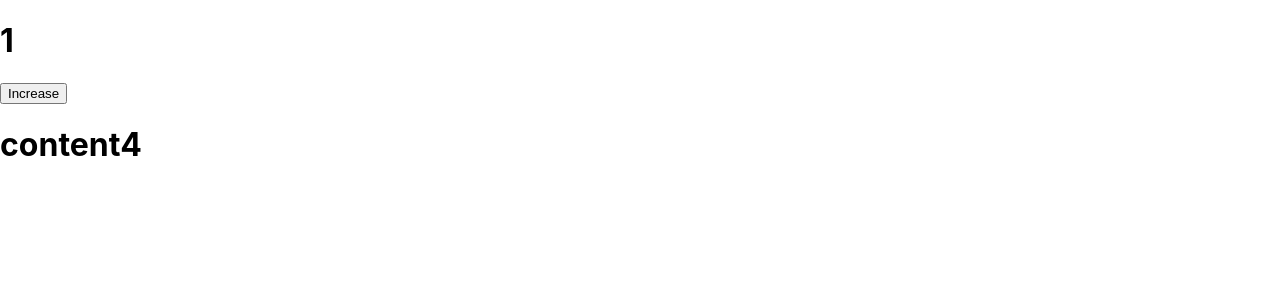
Repository: haidawngvn/hooks-bible
Page: /, after clicking the first element matching `button`
The author's editor kept a copy of each file at every save. The page is drawn from the files as they stood at one save, then again after a run of saves.
The browser window is 1280 px wide. The pictures show the whole page.
The project was rebuilt for these pictures with package versions that can differ from the ones it lists, and the page was loaded fresh each time. Also part of the build but not shown: src/Content3.js.

Above is the page before, as saved 2022-07-29 14:00:20.

After the next 3 saves:
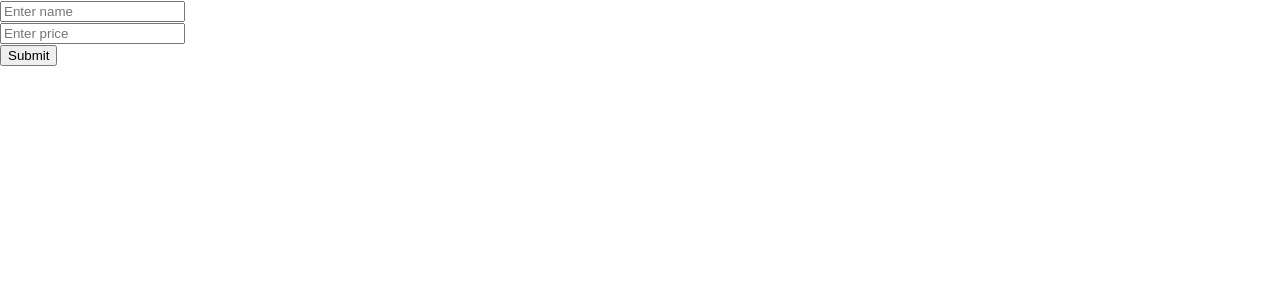
The 3 saves are shown as one change because 2 did not build or start.
The last was saved 11 min 41 s later.
--- a/src/App.js
+++ b/src/App.js
@@ -1,25 +1,34 @@
-import  { useEffect, useLayoutEffect, useState, useRef, memo } from 'react'
-import Content4 from './Content4'
-// memo() là 1 HOC (Higher Order Component) KHÔNG PHẢI HOOK
-// ghi nhớ lại các props của 1 component để quyết định xem có re-render component đó hay kh
-// ví dụ ở dưới, Content4 kh có prop nào ===> không bao h có thay đổi ===> không re-render khi component cha re-render
+import  {  useState, useMemo } from 'react'
 
 function App() {
 
-    const [counter, setCounter] = useState(0)
+    const [name, setName] = useState('')
+    const [price, setPrice] = useState('')
+    const [products, setProducts] = useState([])
 
-    const handleIncrease = () => {
+    const handleSubmit = () => {
 
-      setCounter(prevState => prevState +1)
     }
 
 
 
     return (
       <div className="App">
-        <h1> {counter}</h1>
-        <button onClick={handleIncrease}>Increase</button>
-        <Content4 />
+        <input
+            type="text"
+            value={name}
+            placeholder='Enter name'
+            onChange={e => setName(e.target.value)}
+        />
+        <br />
+        <input
+            type="text"
+            value={price}
+            placeholder='Enter price'
+            onChange={e => setPrice(e.target.value)}
+        />
+        <br />
+        <button onClick={handleSubmit}>Submit</button>
       </div>
     );
 }
